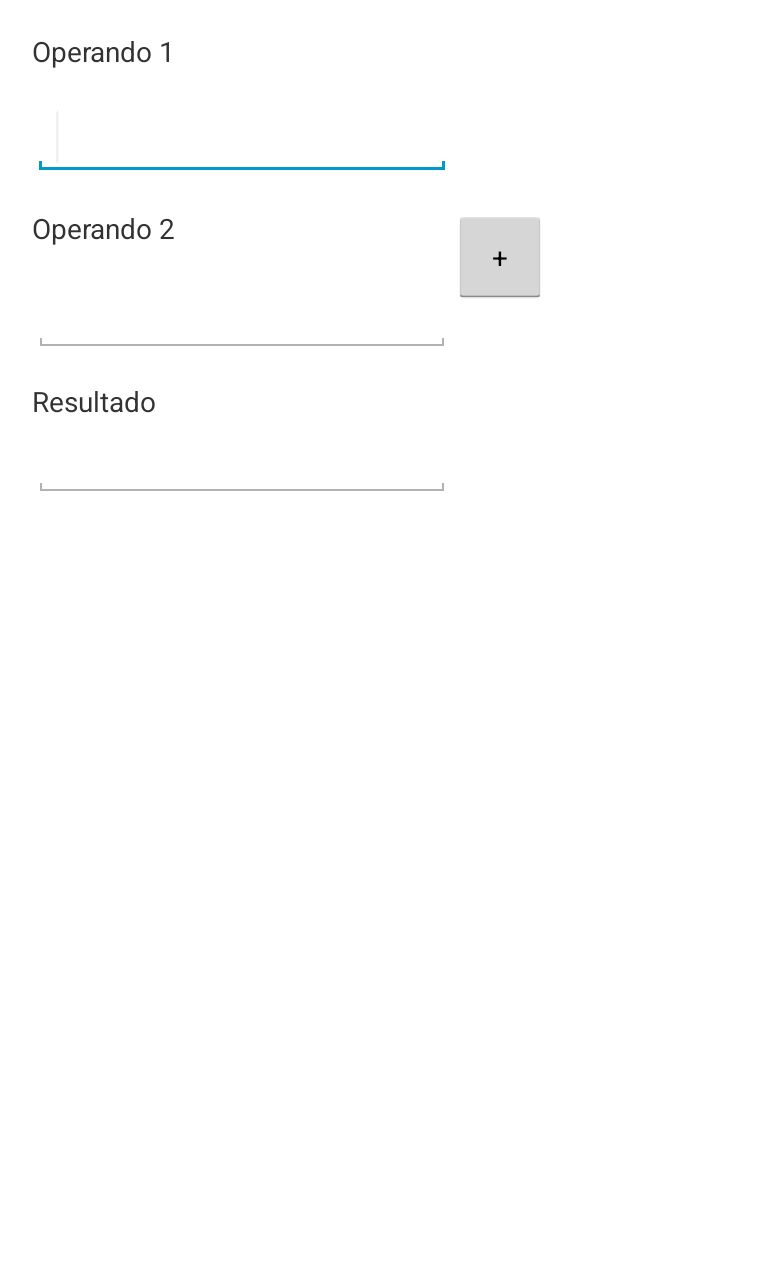
Repository: paullfull21/pmdm
Layout: ResultadoSuma/res/layout/activity_main.xml
These files come from the project's save history. The layout is drawn as it stood at one moment and after the next save; the edit follows.
It is drawn on a 768 x 1280 px phone screen (xhdpi) without system bars, with theme AppTheme; the app's code is not run.

Above is the layout before, as saved 2013-10-09 11:05:02.

### ResultadoSuma/res/layout/activity_main.xml
<RelativeLayout xmlns:android="http://schemas.android.com/apk/res/android"
    xmlns:tools="http://schemas.android.com/tools"
    android:layout_width="match_parent"
    android:layout_height="match_parent"
    android:paddingBottom="@dimen/activity_vertical_margin"
    android:paddingLeft="@dimen/activity_horizontal_margin"
    android:paddingRight="@dimen/activity_horizontal_margin"
    android:paddingTop="@dimen/activity_vertical_margin"
    tools:context=".MainActivity" >

    <TextView
        android:id="@+id/textView1"
        android:layout_width="wrap_content"
        android:layout_height="wrap_content"
        android:layout_alignParentLeft="true"
        android:layout_alignParentTop="true"
        android:text="@string/operando_uno" />

    <EditText
        android:id="@+id/operandoUno"
        android:layout_width="wrap_content"
        android:layout_height="wrap_content"
        android:layout_alignLeft="@+id/textView1"
        android:layout_below="@+id/textView1"
        android:layout_marginTop="14dp"
        android:ems="10"
        android:inputType="numberDecimal" >

        <requestFocus />
    </EditText>

    <TextView
        android:id="@+id/textView2"
        android:layout_width="wrap_content"
        android:layout_height="wrap_content"
        android:layout_alignLeft="@+id/operandoUno"
        android:layout_below="@+id/operandoUno"
        android:layout_marginTop="16dp"
        android:text="@string/operando_dos" />

    <EditText
        android:id="@+id/operandoDos"
        android:layout_width="wrap_content"
        android:layout_height="wrap_content"
        android:layout_alignLeft="@+id/textView2"
        android:layout_below="@+id/textView2"
        android:layout_marginTop="14dp"
        android:ems="10"
        android:inputType="numberDecimal" />

    <Button
        android:id="@+id/buttonSuma"
        style="?android:attr/buttonStyleSmall"
        android:layout_width="wrap_content"
        android:layout_height="wrap_content"
        android:layout_alignTop="@+id/textView2"
        android:layout_toRightOf="@+id/operandoDos"
        android:text="@string/boton_suma" />

    <TextView
        android:id="@+id/textView3"
        android:layout_width="wrap_content"
        android:layout_height="wrap_content"
        android:layout_alignLeft="@+id/operandoDos"
        android:layout_below="@+id/operandoDos"
        android:layout_marginTop="14dp"
        android:text="@string/resultado" />

    <EditText
        android:id="@+id/resultadoOperacion"
        android:layout_width="wrap_content"
        android:layout_height="wrap_content"
        android:layout_below="@+id/textView3"
        android:layout_toLeftOf="@+id/buttonSuma"
        android:ems="10" />

</RelativeLayout>

### ResultadoSuma/res/values/strings.xml
<?xml version="1.0" encoding="utf-8"?>
<resources>

    <string name="app_name">ResultadoSuma</string>
    <string name="action_settings">Settings</string>
    <string name="hello_world">Hello world!</string>
    <string name="operando_uno">Operando 1</string>
    <string name="operando_dos">Operando 2</string>
    <string name="boton_suma">+</string>
    <string name="title_activity_sumador">SumadorActivity</string>
    <string name="resultado">Resultado</string>
    <string name="boton_resta">-</string>

</resources>

Loaded but not shown: ResultadoSuma/res/values/styles.xml (common file); ResultadoSuma/res/values-v11/styles.xml (common file); ResultadoSuma/res/values-v14/styles.xml (common file); ResultadoSuma/res/values/dimens.xml (common file)

After the next save:
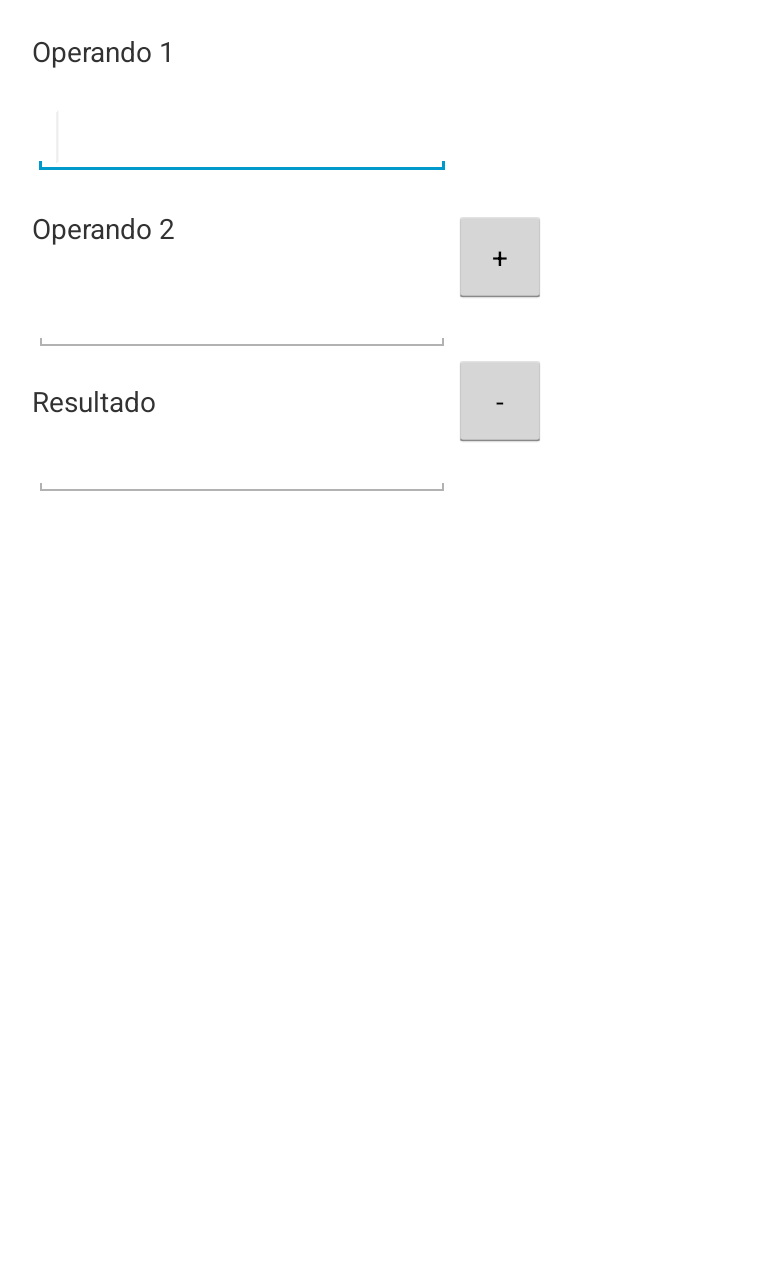
Saved 43 s later.
--- a/ResultadoSuma/res/layout/activity_main.xml
+++ b/ResultadoSuma/res/layout/activity_main.xml
@@ -74,4 +74,14 @@
         android:layout_toLeftOf="@+id/buttonSuma"
         android:ems="10" />
 
+    <Button
+        android:id="@+id/button1"
+        style="?android:attr/buttonStyleSmall"
+        android:layout_width="wrap_content"
+        android:layout_height="wrap_content"
+        android:layout_alignBaseline="@+id/textView3"
+        android:layout_alignBottom="@+id/textView3"
+        android:layout_alignLeft="@+id/buttonSuma"
+        android:text="@string/boton_resta" />
+
 </RelativeLayout>
